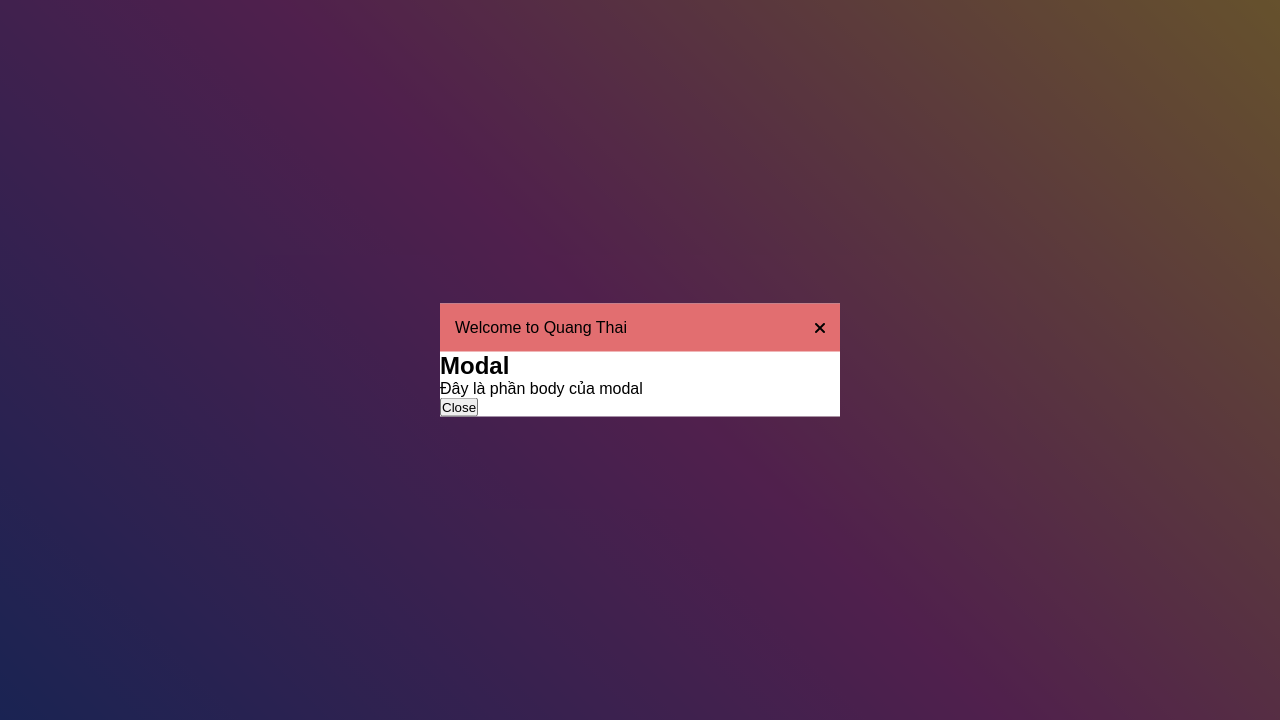
Repository: QUANGTHAI2003/modal
Page: index.html
These files come from the project's save history. The page is drawn as it stood at one moment and after the next save; the edit follows.
The browser window is 1280 px wide. The pictures show the whole page.

Above is the page before, as saved 2022-02-28 21:42:26.

### index.html
<!DOCTYPE html>
<html lang="en">

<head>
    <meta charset="UTF-8">
    <meta http-equiv="X-UA-Compatible" content="IE=edge">
    <meta name="viewport" content="width=device-width, initial-scale=1.0">
    <title>Modal show</title>
    <link rel="stylesheet" href="https://cdnjs.cloudflare.com/ajax/libs/font-awesome/6.0.0/css/all.min.css">
    <link rel="stylesheet" href="./style.css">
</head>

<body>
    <button class="open-modal-btn">Open Modal</button>
    <div class="modal">
        <div class="modal__inner">
            <div class="modal__header">
                <p>Welcome to Quang Thai</p>
                <i class="fas fa-times"></i>
            </div>
            <div class="modal__body">
                <h2>Modal</h2>
                <p>Đây là phần body của modal</p>
            </div>
            <div class="modal__footer">
                <button>Close</button>
            </div>
        </div>
    </div>
    <script src="./app.js"></script>
</body>

</html>

### style.css
:root {
    --pink-color: #e26e70;
}

* {
    margin: 0;
    padding: 0;
    box-sizing: border-box;
}

body {
    height: 100vh;
    overflow: hidden;
    font-family: sans-serif;
    background-image: linear-gradient(
        45deg,
        rgb(65, 88, 208) 0%,
        rgb(200, 80, 192) 50%,
        rgb(255, 204, 112) 100%
    );
}

.open-modal-btn {
    padding: 20px 40px;
    border: none;
    outline: none;
    border-radius: 6px;
    display: inline-block;
    position: relative;
    top: 50%;
    left: 50%;
    transform: translate(-50%, -50%);
    font-size: 25px;
}

.modal {
    position: fixed;
    top: 0;
    height: 100vh;
    width: 100vw;
    background: rgba(0, 0, 0, 0.6);
}

.modal__inner {
    width: 400px;
    position: relative;
    top: 50%;
    transform: translateY(-50%);
    margin: 0 auto;
    background: white;
}

.modal__header {
    display: flex;
    justify-content: space-between;
    align-items: center;
    padding: 15px;
    background: var(--pink-color);
}

Loaded but not shown: app.js (no stored copy; drawn as an empty file)

After the next save:
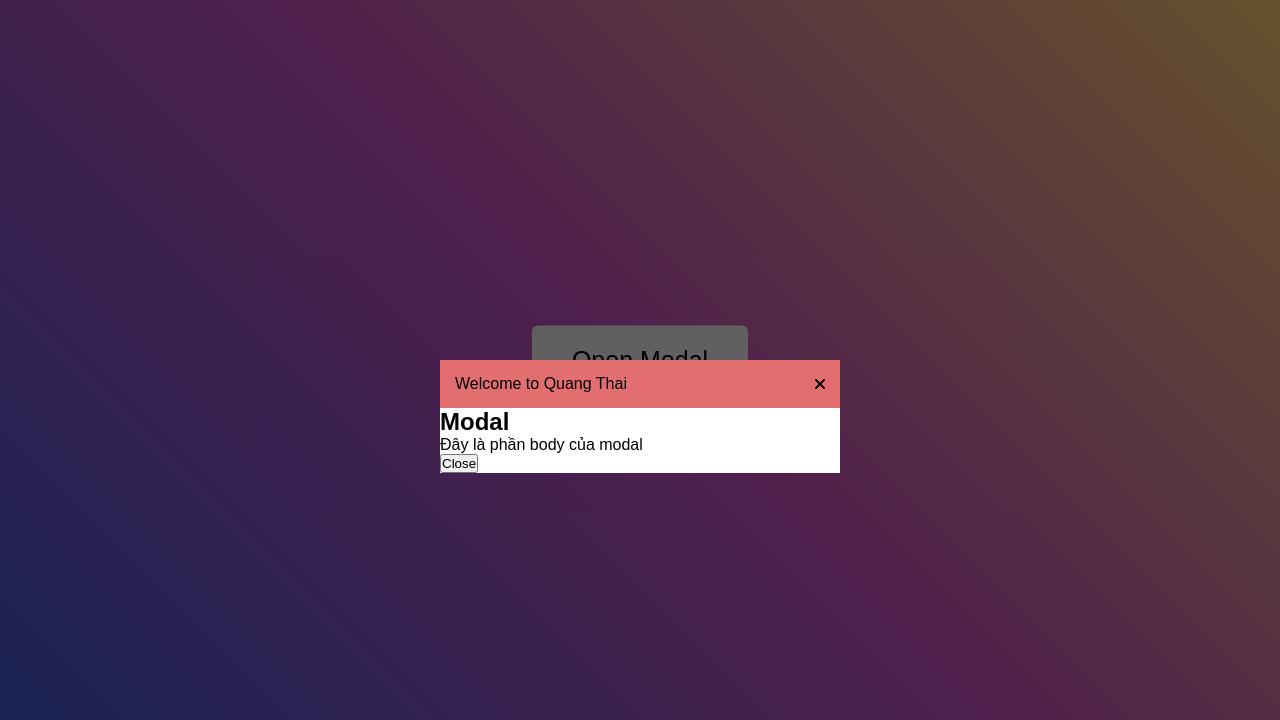
Saved 25 s later.
--- a/style.css
+++ b/style.css
@@ -45,7 +45,6 @@ body {
     width: 400px;
     position: relative;
     top: 50%;
-    transform: translateY(-50%);
     margin: 0 auto;
     background: white;
 }
